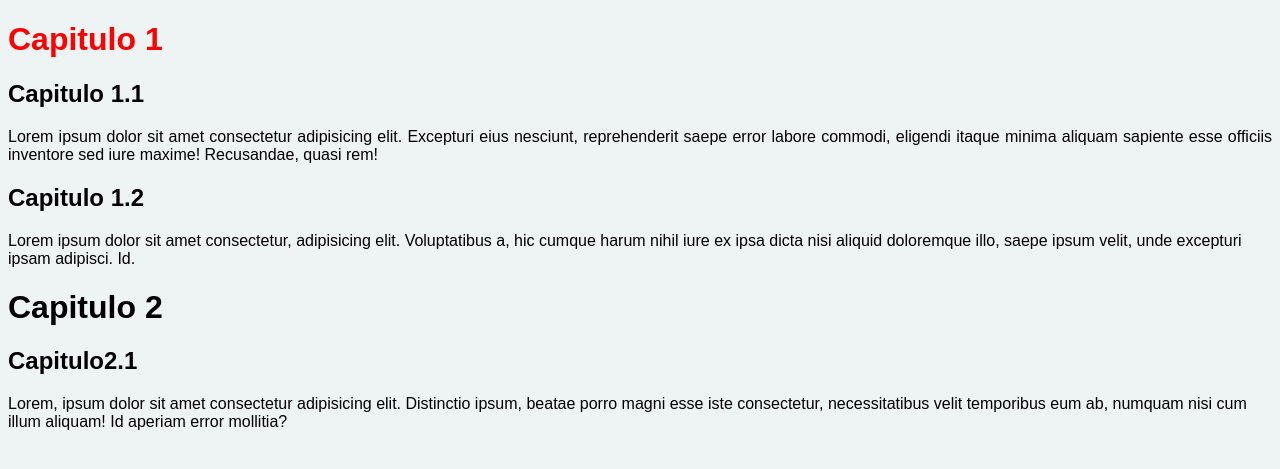
Repository: Guillermomarcon/exercicios
Page: ex013.1/index.html
The author's editor kept a copy of each file at every save. The page is drawn from the files as they stood at one save, then again after the next save.
The browser window is 1280 px wide. The pictures show the whole page.

Above is the page before, as saved 2020-12-31 15:56:05.

### ex013.1/index.html
<!DOCTYPE html>
<html lang="pt-br">
<head>
    <meta charset="UTF-8">
    <meta name="viewport" content="width=device-width, initial-scale=1.0">
    <title>Estilos locais ou Internos</title>
    <link rel="shortcut icon" href="imagens/favicon-16x16.png" type="image/x-icon">
</head>
<body style="background-color: rgb(238, 243, 243); font-family: Arial, Helvetica, sans-serif;">
    <h1 style="color: red;">Capitulo 1</h1>
    <h2>Capitulo 1.1</h2>
    <p style="text-align: justify;">
        Lorem ipsum dolor sit amet consectetur adipisicing elit. Excepturi eius nesciunt, reprehenderit saepe error labore commodi, eligendi itaque minima aliquam sapiente esse officiis inventore sed iure maxime! Recusandae, quasi rem!
    </p>
    <h2>Capitulo 1.2</h2>
    <p>
        Lorem ipsum dolor sit amet consectetur, adipisicing elit. Voluptatibus a, hic cumque harum nihil iure ex ipsa dicta nisi aliquid doloremque illo, saepe ipsum velit, unde excepturi ipsam adipisci. Id.
    </p>
    <h1>Capitulo 2</h1>
    <h2>Capitulo2.1</h2>
    <p>
        Lorem, ipsum dolor sit amet consectetur adipisicing elit. Distinctio ipsum, beatae porro magni esse iste consectetur, necessitatibus velit temporibus eum ab, numquam nisi cum illum aliquam! Id aperiam error mollitia?
    </p>




</body>
</html>

After the next save:
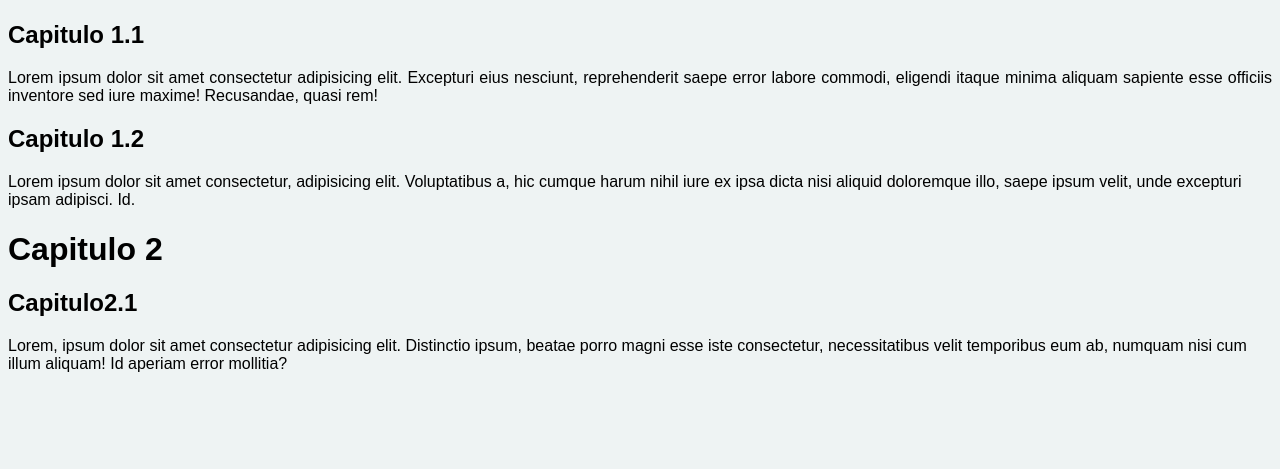
Saved 11 s later.
--- a/ex013.1/index.html
+++ b/ex013.1/index.html
@@ -7,7 +7,7 @@
     <link rel="shortcut icon" href="imagens/favicon-16x16.png" type="image/x-icon">
 </head>
 <body style="background-color: rgb(238, 243, 243); font-family: Arial, Helvetica, sans-serif;">
-    <h1 style="color: red;">Capitulo 1</h1>
+    <h1 </h1>
     <h2>Capitulo 1.1</h2>
     <p style="text-align: justify;">
         Lorem ipsum dolor sit amet consectetur adipisicing elit. Excepturi eius nesciunt, reprehenderit saepe error labore commodi, eligendi itaque minima aliquam sapiente esse officiis inventore sed iure maxime! Recusandae, quasi rem!
